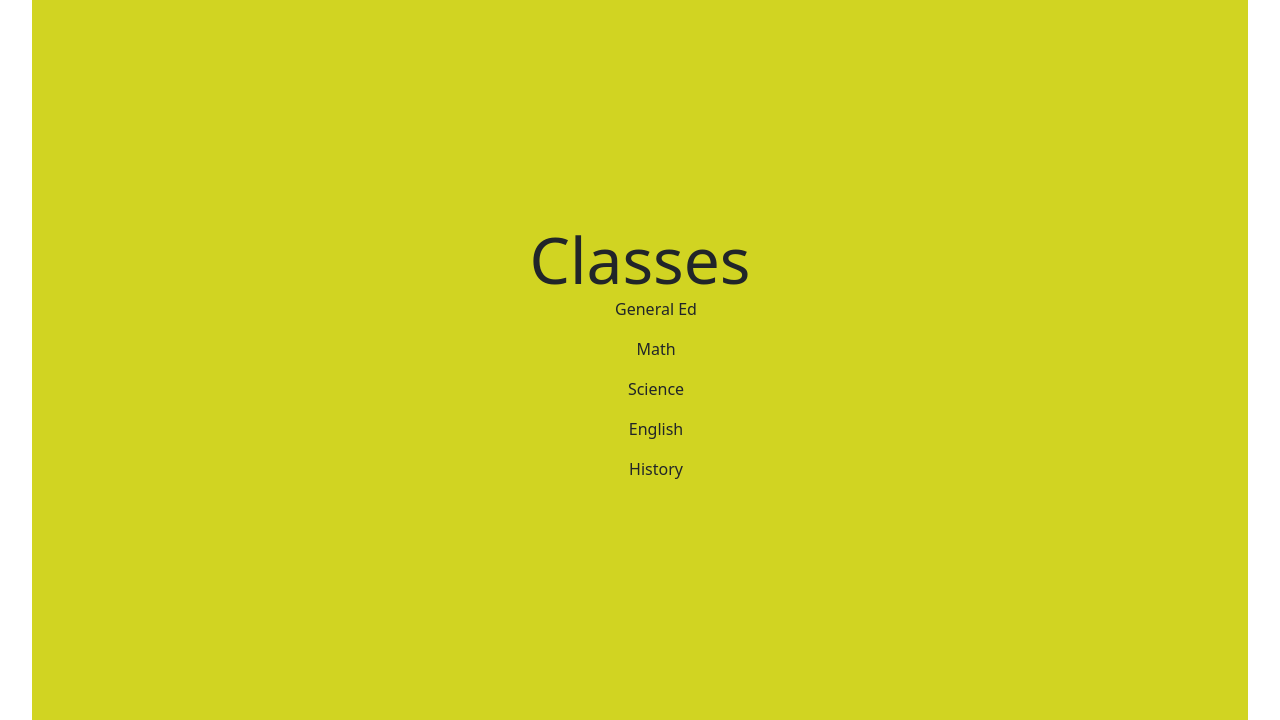
Repository: collegedude9300/zenschool
Page: /Classes
The author's editor kept a copy of each file at every save. The page is drawn from the files as they stood at one save, then again after the next save.
The browser window is 1280 px wide. The pictures show the whole page.
The project was rebuilt for these pictures with package versions that can differ from the ones it lists, and the page was loaded fresh each time. The framework's server and built-in components were replaced by stand-ins that run in the browser. Also part of the build but not shown: next.config.js.

Above is the page before, as saved 2022-10-27 10:06:50.

### pages/Classes.js
/* eslint-disable @next/next/no-html-link-for-pages */
import Head from 'next/head'
import Image from 'next/image'
import styles from '../styles/Home.module.css'
import 'bootstrap/dist/css/bootstrap.css'
export default function Classes() {
  return (
    <div className={styles.container}>
      <Head>
        <title>Classes</title>
        <meta name="description" content="Generated by create next app" />
        <link rel="icon" href="/favicon.png" />
      </Head>
      <main className={styles.main}>
        <h1 className={styles.title}>
          Classes
        </h1>
<ul>General Ed </ul>
<ul>Math</ul>
<ul>Science</ul>
<ul>English</ul>
<ul>History</ul>


      </main>
    </div>
  )
}

### styles/Home.module.css
.container {
  padding: 0 2rem;
}

.main {
  min-height: 100vh;
  padding: 4rem 0;
  flex: 1;
  display: flex;
  flex-direction: column;
  justify-content: center;
  align-items: center;
  background-color: #d1d422;
}

.footer {
  display: flex;
  flex: 1;
  padding: 2rem 0;
  border-top: 1px solid #eaeaea;
  justify-content: center;
  align-items: center;
}

.footer a {
  display: flex;
  justify-content: center;
  align-items: center;
  flex-grow: 1;
}

.title a {
  color: #0070f3;
  text-decoration: none;
}

.title a:hover,
.title a:focus,
.title a:active {
  text-decoration: underline;
}

.title {
  margin: 0;
  line-height: 1.15;
  font-size: 4rem;
}

.title,
.description {
  text-align: center;
}

.description {
  margin: 4rem 0;
  line-height: 1.5;
  font-size: 1.5rem;
}

.code {
  background: #fafafa;
  border-radius: 5px;
  padding: 0.75rem;
  font-size: 1.1rem;
  font-family: Menlo, Monaco, Lucida Console, Liberation Mono, DejaVu Sans Mono,
    Bitstream Vera Sans Mono, Courier New, monospace;
}

.grid {
  display: flex;
  align-items: center;
  justify-content: center;
  flex-wrap: wrap;
  max-width: 800px;
}

.card {
  margin: 1rem;
  padding: 1.5rem;
  text-align: left;
  color: inherit;
  text-decoration: none;
  border: 1px solid #eaeaea;
  border-radius: 10px;
  transition: color 0.15s ease, border-color 0.15s ease;
  max-width: 300px;
}

.card:hover,
.card:focus,
.card:active {
  color: #0070f3;
  border-color: #0070f3;
}

.card h2 {
  margin: 0 0 1rem 0;
  font-size: 1.5rem;
}

.card p {
  margin: 0;
  font-size: 1.25rem;
  line-height: 1.5;
}

.logo {
  height: 1em;
  margin-left: 0.5rem;
}

@media (max-width: 600px) {
  .grid {
    width: 100%;
    flex-direction: column;
  }
}

@media (prefers-color-scheme: dark) {
  .card,
  .footer {
    border-color: #222;
  }
  .code {
    background: #111;
  }
  .logo img {
    filter: invert(1);
  }
}

Loaded but not shown: pages/_app.js (common file); styles/globals.css (common file)

After the next save:
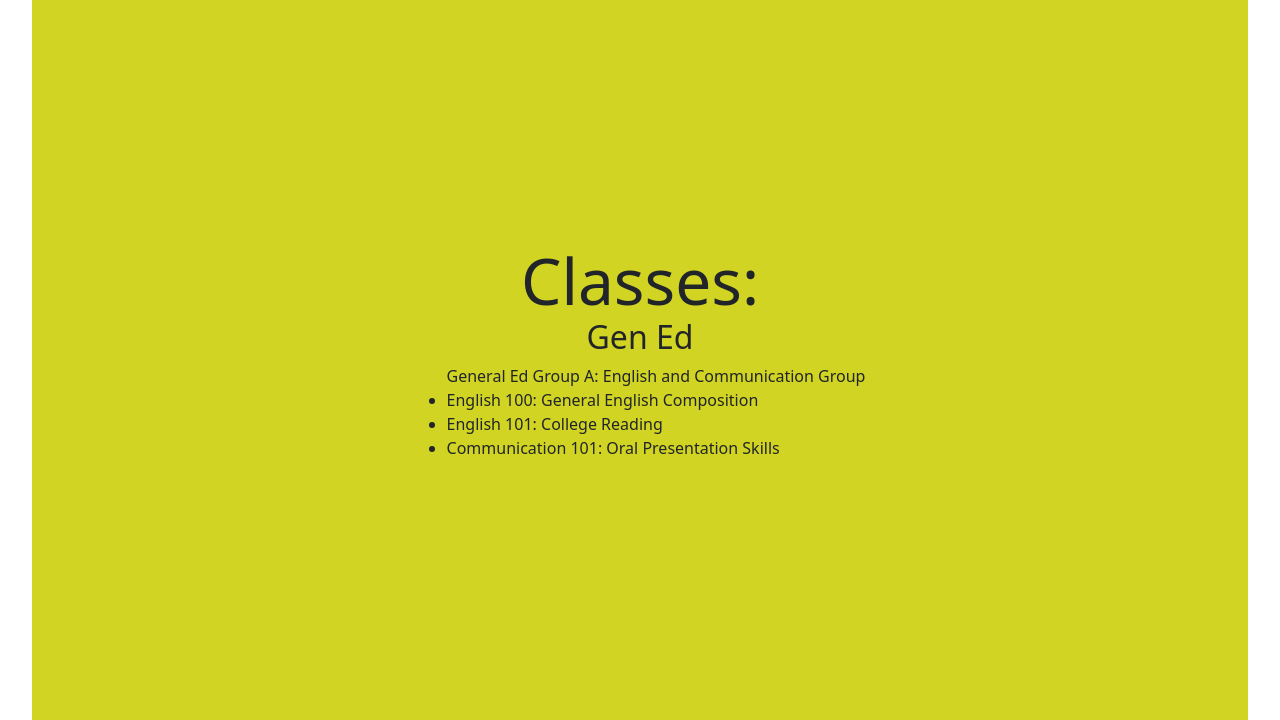
Saved 4 min 14 s later.
--- a/pages/Classes.js
+++ b/pages/Classes.js
@@ -13,13 +13,16 @@ export default function Classes() {
       </Head>
       <main className={styles.main}>
         <h1 className={styles.title}>
-          Classes
+          Classes:
         </h1>
-<ul>General Ed </ul>
-<ul>Math</ul>
-<ul>Science</ul>
-<ul>English</ul>
-<ul>History</ul>
+    <h2> Gen Ed</h2>
+        <ul>
+    General Ed Group A: English and Communication Group
+   <li> English 100: General English Composition </li>
+    <li> English 101: College Reading </li>
+    <li> Communication 101: Oral Presentation Skills </li>
+    </ul>
+
 
 
       </main>
